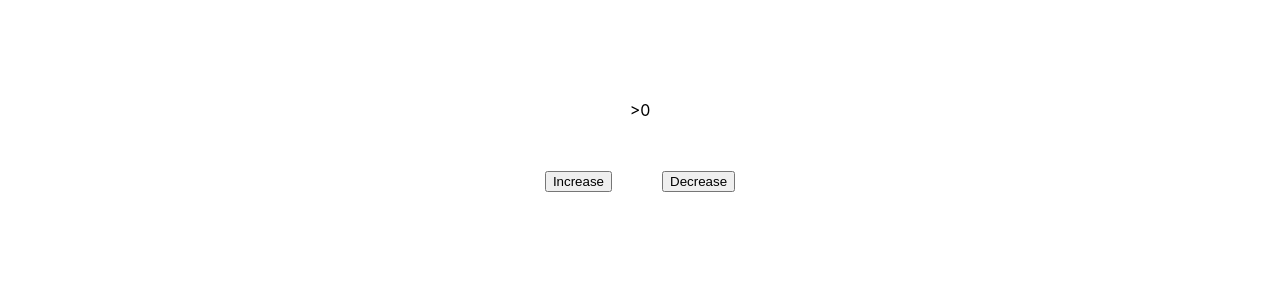
Repository: Marwa-Medhat/ReactJS-Labs
Page: / (app in myapp/)
These files come from the project's save history. The page is drawn as it stood at one moment and after the next save; the edit follows.
The browser window is 1280 px wide. The pictures show the whole page.
The project was rebuilt for these pictures with package versions that can differ from the ones it lists, and the page was loaded fresh each time.

Above is the page before, as saved 2021-04-25 15:10:59.

### myapp/src/App.js
import logo from './logo.svg';
import './App.css';
import React, { Component } from 'react';
// function App() {



  class Counter extends React.Component{
    constructor()
    {
      super();
      this.state={
        count:0
    }
  }
    increase=()=>{

      this.setState({count:this.state.count+1})
    }
    decrease=()=>{

      this.setState({count:this.state.count-1})
    }

    render(){
      return (
        <div >
        <div style={{ marginBottom: 50, }}>>{this.state.count}</div>
        <button onClick={this.increase} style={{ marginRight: 50, }}> Increase</button>
        <button onClick={this.decrease}> Decrease</button>
        </div>
      ); //return
      } //render
    }
    // backgroundColor:'green'
class App extends React.Component{

  render(){
  return (

    <div className="App"  >
   <div style={{ paddingTop: 100, }}><Counter  /></div>
   </div>



  ); //return
  } //render
} //class App

export default App;

Loaded but not shown: myapp/public/index.html (common file); myapp/src/index.js (common file); myapp/src/index.css (common file); myapp/src/reportWebVitals.js (common file); myapp/src/App.css (common file)

After the next save:
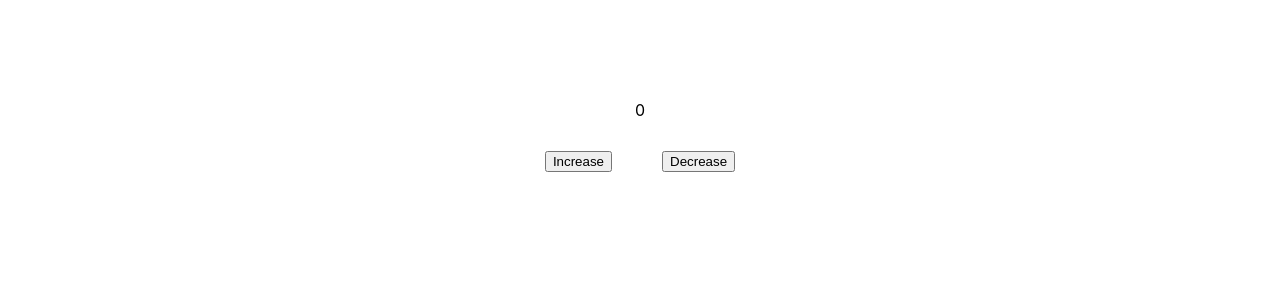
Saved 11 s later.
--- a/myapp/src/App.js
+++ b/myapp/src/App.js
@@ -25,7 +25,7 @@ import React, { Component } from 'react';
     render(){
       return (
         <div >
-        <div style={{ marginBottom: 50, }}>>{this.state.count}</div>
+        <div style={{ marginBottom: 30, }}>{this.state.count}</div>
         <button onClick={this.increase} style={{ marginRight: 50, }}> Increase</button>
         <button onClick={this.decrease}> Decrease</button>
         </div>
